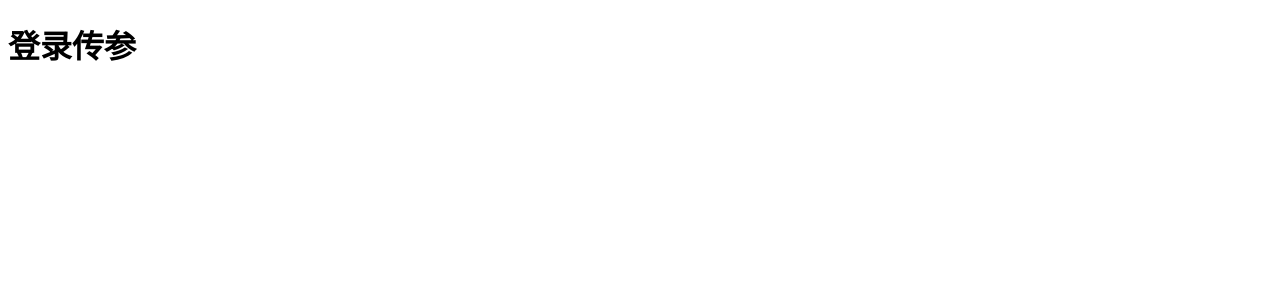
Repository: jionjion/JAVA_WorkSpace
Page: http://localhost/ServletClient/modules/jspBase/baseX_02.jsp
The author's editor kept a copy of each file at every save. The page is drawn from the files as they stood at one save, then again after the next save.
The browser window is 1280 px wide. The pictures show the whole page.
The page is served by Tomcat 9.

Above is the page before, as saved 2017-07-11 12:19:16.

After the next save:
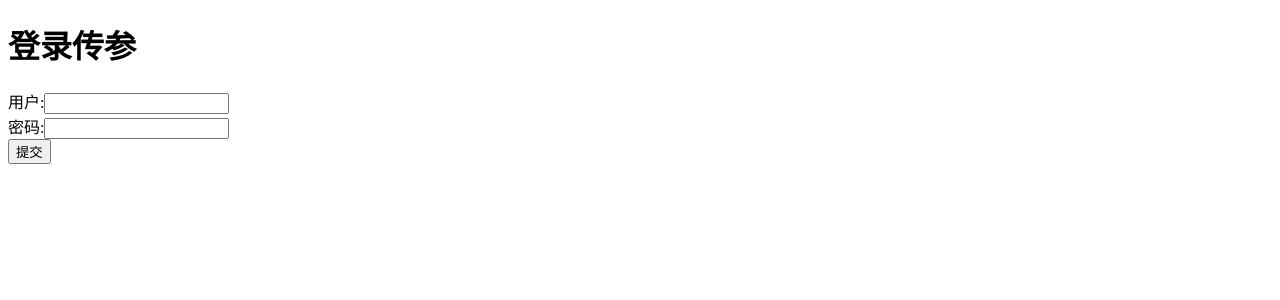
Saved 73 s later.
--- a/ServletClient/WebContent/modules/jspBase/baseX_02.jsp
+++ b/ServletClient/WebContent/modules/jspBase/baseX_02.jsp
@@ -13,5 +13,10 @@
 <body>
 
 	<h1>登录传参</h1>
+	<form action="">
+		用户:<input type="text"><br>
+		密码:<input type="password"><br>
+		<input type="submit" value="提交">
+	</form>
 </body>
 </html>
